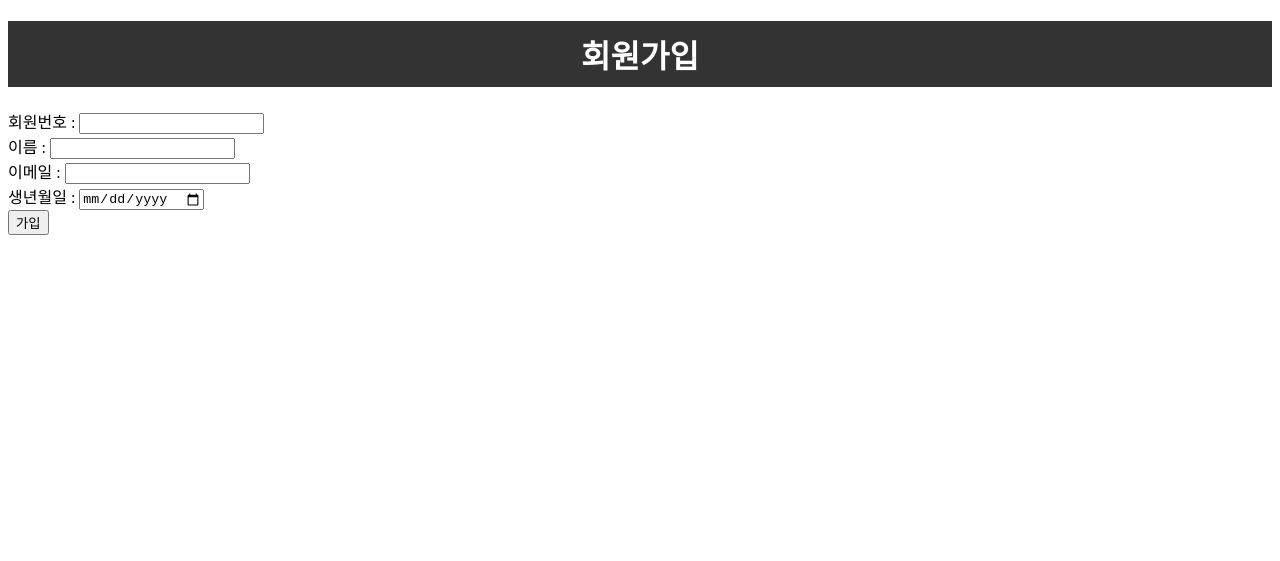
Repository: hiiiiiilim/Servlet-JSP-Workspace
Page: http://localhost/join/register.jsp
An editor plug-in stored every save of this project. The page is shown before and after the next save, followed by the edit.
The browser window is 1280 px wide. The pictures show the whole page.
The page is served by Tomcat 9. Other server files are loaded and not shown.

Above is the page before, as saved 2023-11-07 02:29:04.

### join/src/main/webapp/register.jsp
<%@ page language="java" contentType="text/html; charset=EUC-KR"
    pageEncoding="UTF-8"%>
    <% request.setCharacterEncoding("EUC-KR"); %>
<!DOCTYPE html>
<html>
<head>
<meta charset="UTF-8">
<title>Insert title here</title>
	<link rel="stylesheet" type="text/css" href="styles.css">
</head>
<body>
<h1>회원가입</h1>
<form action="RegisterServlet" method="post">
	<label for = "mno">회원번호 :</label>
	<input type="text" id="mno" name = "mno" required><br>

	<label for = "mname">이름 :</label>
	<input type="text" id="mname" name = "mname" required><br>

	<label for="memail">이메일 : </label>
	<input type="email" id="memail" name ="memail" required><br>

	<label for="mbirth">생년월일 : </label>
	<input type="date" id="mbirth" name ="mbirth" required><br>

	<input type="submit" value="가입">
</form>
</body>
</html>

### join/src/main/webapp/styles.css

h1 {
	background-color: #333;
	color:#fff;
	padding : 10px;
	text-align:center;
}

After the next save:
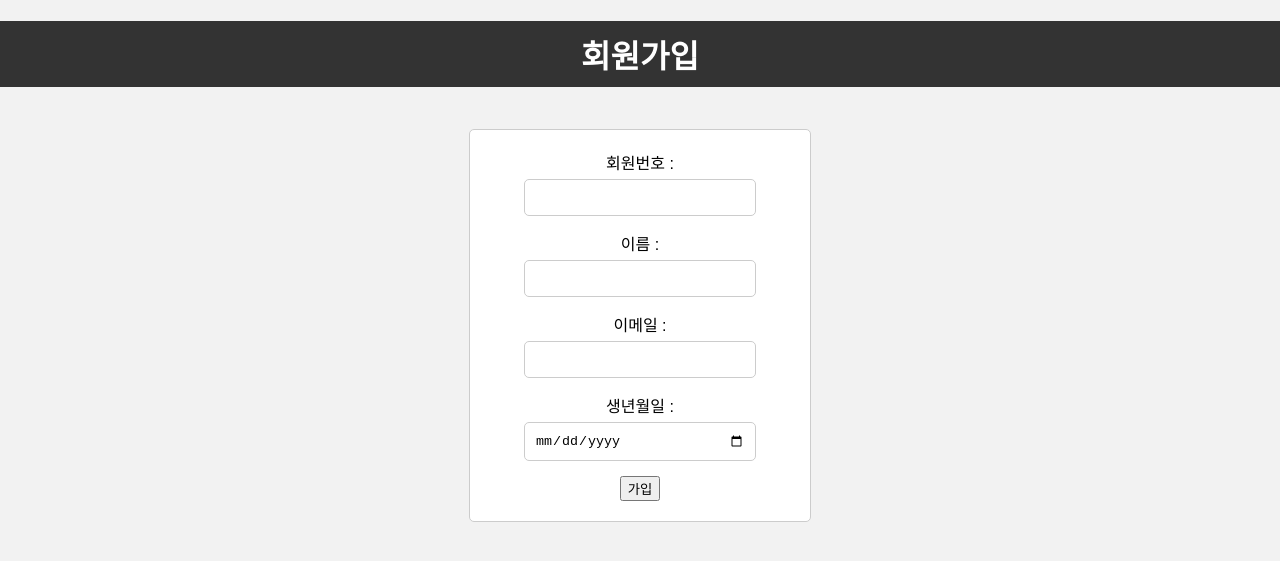
Saved 34 s later.
--- a/join/src/main/webapp/styles.css
+++ b/join/src/main/webapp/styles.css
@@ -1,7 +1,71 @@
+/* 전체 페이지 스타일 */
+body {
+    font-family: Arial, sans-serif;
+    background-color: #f2f2f2;
+    margin: 0;
+    padding: 0;
+     text-align: center;
+}
 
 h1 {
-	background-color: #333;
-	color:#fff;
-	padding : 10px;
-	text-align:center;
+    background-color: #333;
+    color: #fff;
+    padding: 10px;
+    text-align: center;
 }
+
+/* 폼 스타일 */
+form {
+    background-color: #fff;
+    border: 1px solid #ccc;
+    border-radius: 5px;
+    padding: 20px;
+    margin: 20px;
+    width: 300px;
+    display: inline-block;
+}
+
+/* 레이블 스타일 */
+label {
+    display: block;
+    margin-bottom: 5px;
+}
+
+/* 입력 필드 스타일 */
+input[type="text"],
+input[type="email"],
+input[type="date"] {
+    width: 70%;
+    padding: 10px;
+    margin-bottom: 15px;
+    border: 1px solid #ccc;
+    border-radius: 5px;
+}
+
+/* 버튼
+
+
+
+table {
+    width: 80%;
+    margin: 20px auto;
+    border-collapse: collapse;
+    background-color: #fff;
+}
+
+table, th, td {
+    border: 1px solid #ccc;
+}
+
+th, td {
+    padding: 10px;
+    text-align: left;
+}
+
+tr:nth-child(even) {
+    background-color: #f2f2f2;
+}
+
+tr:hover {
+    background-color: #e0e0e0;
+}
